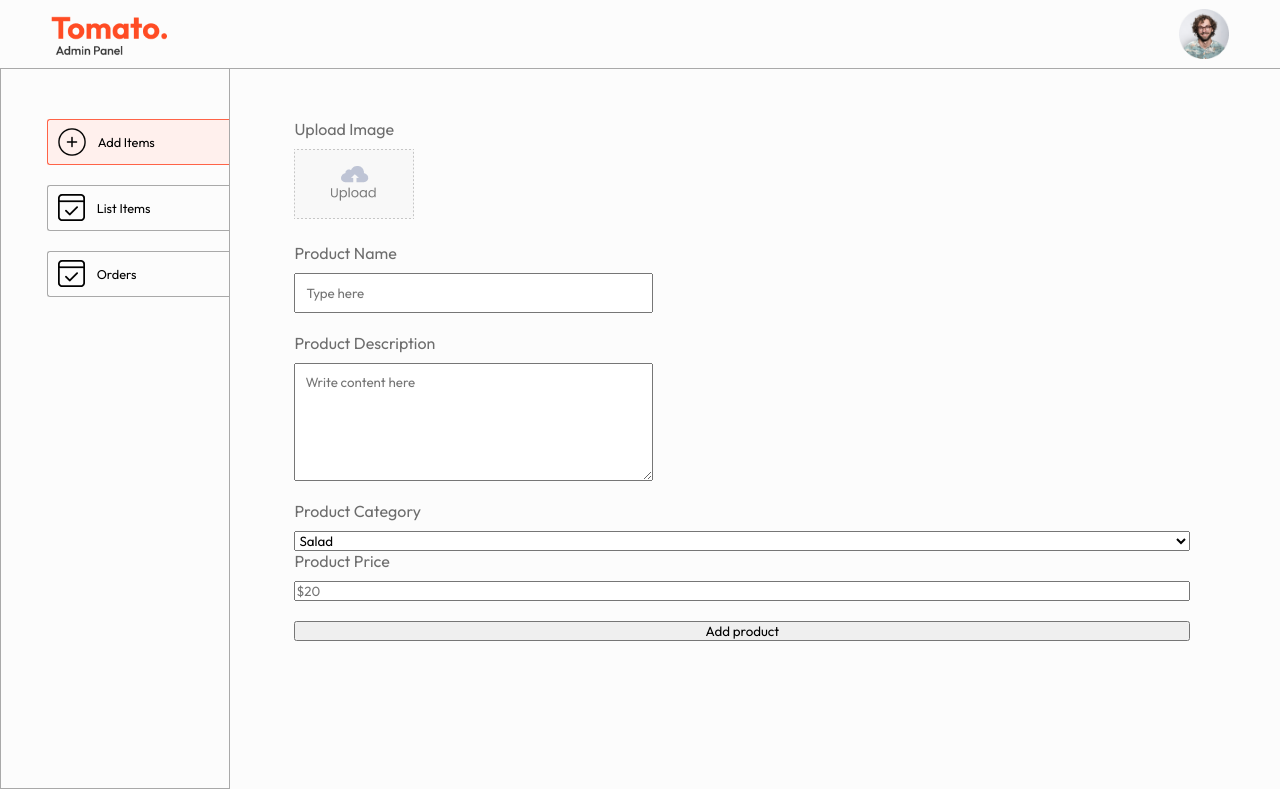
Repository: andrei-nagy/food-del---to-deploy
Page: /add (app in admin/)
An editor plug-in stored every save of this project. The page is shown before and after the next save, followed by the edit.
The browser window is 1280 px wide. The pictures show the whole page.
The project was rebuilt for these pictures with package versions that can differ from the ones it lists, and the page was loaded fresh each time. Also part of the build but not shown: admin/vite.config.js, admin/src/pages/List/List.css, admin/src/pages/List/List.jsx, admin/src/pages/Orders/Orders.jsx.

Above is the page before, as saved 2024-09-24 21:34:31.

### admin/src/main.jsx

import React from 'react'
import ReactDOM  from 'react-dom/client'
import App from './App.jsx'
import './index.css'
import{BrowserRouter} from "react-router-dom"


ReactDOM.createRoot(document.getElementById('root')).render(
  <BrowserRouter>
  <App></App>
  </BrowserRouter>

)

### admin/src/App.jsx
import React from 'react'
import Navbar from './components/Navbar/Navbar'
import Sidebar from './components/Sidebar/Sidebar'
import { Routes, Route } from 'react-router-dom'
import Add from './pages/Add/Add'
import { List } from './pages/List/List'
import Orders from './pages/Orders/Orders'

const App = () => {
  return (
    <div>
        <Navbar></Navbar>
        <hr></hr>
        <div className="app-content">
            <Sidebar/>
            <Routes>
              <Route path="/add" element={<Add></Add>}/>
              <Route path="/list" element={<List></List>}/>
              <Route path="/orders" element={<Orders></Orders>}/>
            </Routes>
        </div>
    </div>
  )
}

export default App

### admin/src/index.css
@import url('https://fonts.googleapis.com/css2?family=Outfit:wght@100..900&display=swap');


*{
  padding: 0px;
  margin: 0px;
  box-sizing: border-box;
  font-family: Outfit;
}

body{
  min-height: 100vh;
  background-color: #fcfcfc;
}

a{
  text-decoration: none;
  color:inherit;
}

hr{
  border: none;
  height: 1px;
  background-color: #a9a9a9;
}

.app-content{
  display: flex;
}

.flex-col{
    display: flex;
    flex-direction: column;
    gap: 10px;
}

### admin/src/components/Navbar/Navbar.jsx
import React from 'react'
import './Navbar.css'
import {assets} from '../../assets/assets'

const Navbar = () => {
    return (
        <div className="navbar">
            <img className="logo" src={assets.logo} alt="" />
            <img src={assets.profile_image} alt="" className="profile" />
        </div>
    )
}

export default Navbar

### admin/src/components/Sidebar/Sidebar.jsx
import React from 'react'
import './Sidebar.css'
import { assets } from '../../assets/assets'
import { NavLink } from 'react-router-dom'
const Sidebar = () => {
  return (
    <div className="sidebar">
        <div className="sidebar-options">
            <NavLink to="/add" className="sidebar-option">
                <img src={assets.add_icon} alt="" />
                <p>Add Items</p>
            </NavLink>
            <NavLink to="/list" className="sidebar-option">
                <img src={assets.order_icon} alt="" />
                <p>List Items</p>
            </NavLink>
            <NavLink to="/orders" className="sidebar-option">
                <img src={assets.order_icon} alt="" />
                <p>Orders</p>
            </NavLink>
        </div>
    </div>
  )
}

export default Sidebar

### admin/src/pages/Add/Add.jsx
import React from 'react'
import './Add.css'
import { assets } from '../../assets/assets'
const Add = () => {
    return (
        <div className='add'>
            <form className='flex-col'>
                <div className="add-img-upload flex-col">
                    <p>Upload Image</p>
                    <label htmlFor="image">
                        <img src={assets.upload_area} alt="" />
                    </label>
                    <input type="file" id='image' hidden required />
                </div>
                <div className="add-product-name flex-col">
                    <p>Product Name</p>
                    <input type="text" name="name" placeholder='Type here' />
                </div>
                <div className="add-product-description flex-col">
                    <p>Product Description</p>
                    <textarea name="description" rows="6" placeholder='Write content here' required></textarea>
                </div>
                <div className="add-category-price">
                    <div className="add-category flex-col">
                        <p>Product Category</p>
                        <select name="category">
                            <option value="Salad">Salad</option>
                            <option value="Rolls">Rolls</option>
                            <option value="Deserts">Deserts</option>
                            <option value="Sandwich">Sandwich</option>
                            <option value="Cake">Cake</option>
                            <option value="Pure Veg">Pure Veg</option>
                            <option value="Pasta">Pasta</option>
                            <option value="Noodles">Noodles</option>
                        </select>
                    </div>
                    <div className="add-price flex-col">
                        <p>Product Price</p>
                        <input type="number" name="price" placeholder='$20' />
                    </div>
                </div>
                <button type='submit' className='add-btn'>Add product</button>
            </form>
        </div>
    )
}

export default Add

### admin/src/components/Navbar/Navbar.css
.navbar {
    display: flex;
    justify-content: space-between;
    align-items: center;
    padding: 8px 4%;
}

.navbar .logo{
    width: max(10%, 80px);
}

.navbar .profile {
    width: 50px;
}

### admin/src/components/Sidebar/Sidebar.css
.sidebar {
    width: 18%;
    min-height: 100vh;
    border: 1.5px solid #a9a9a9;
    border-top: 0;
    font-size: max(1vw, 10px);
}

.sidebar-options {
    padding-top: 50px;
    padding-left: 20%;
    display: flex;
    flex-direction: column;
    gap: 20px;
}

.sidebar-option {
    display: flex;
    align-items: center;
    gap: 12px;
    border: 1px solid #a9a9a9;
    border-right: 0;
    padding: 8px 10px;
    border-radius: 3px 0px 0px 3px;
    cursor: pointer;
}

.sidebar-option.active{
    background-color: #fff0ed;
    border-color: tomato;
}
@media (max-width: 900px) {
    .sidebar-option p {
        display: none;
    }
}

### admin/src/pages/Add/Add.css
.add{
    width: 70%;
    margin-left: max(5vw, 25px);
    margin-top: 50px;
    color: #6d6d6d;
    font-size: 16px;
}

.add form{
    gap: 20px;
}

.add-img-upload img{
    width: 120px;
}

.add-product-name, .add-product-description{
    width: max(40%, 280px);
}
 .add-product-name input, .add-product-description textarea{
    padding: 10px;
 }

Loaded but not shown: admin/index.html (common file); admin/src/assets/assets.js (common file); admin/src/pages/Orders/Orders.css (no stored copy; drawn as an empty file)

After the next save:
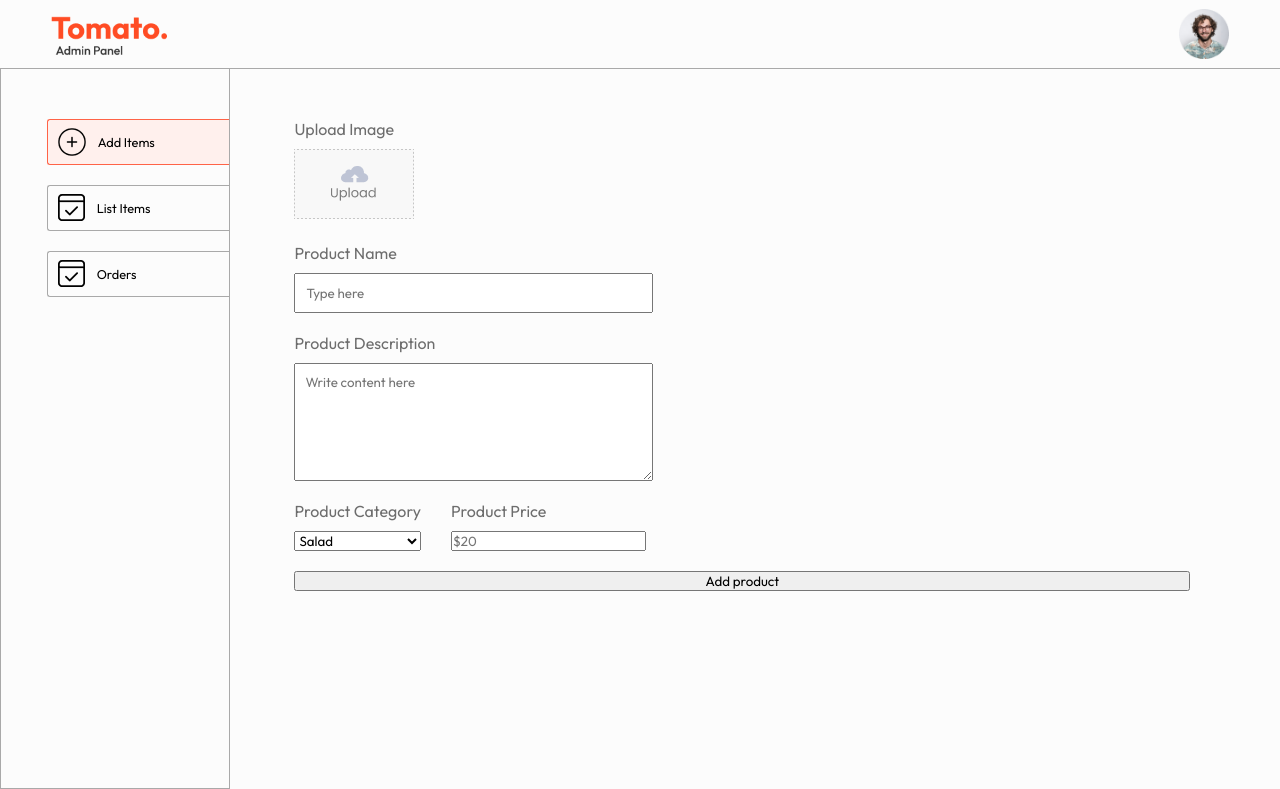
Saved 37 s later.
--- a/admin/src/pages/Add/Add.css
+++ b/admin/src/pages/Add/Add.css
@@ -20,3 +20,8 @@
  .add-product-name input, .add-product-description textarea{
     padding: 10px;
  }
+
+ .add-category-price{
+    display: flex;
+    gap: 30px;
+ }
